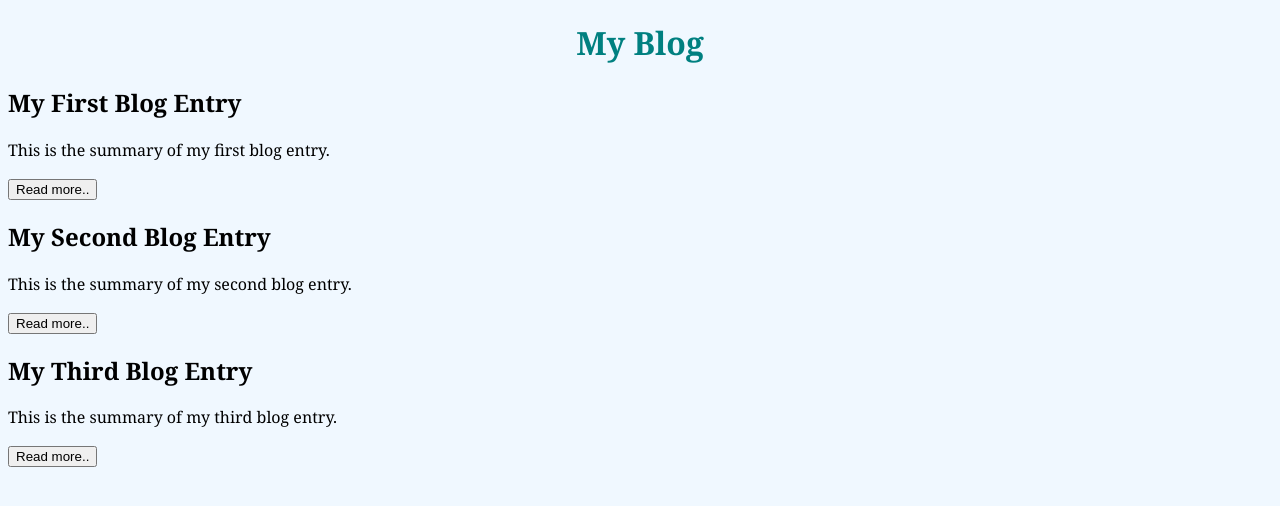
Repository: deniseada/class1
Page: /
An editor plug-in stored every save of this project. The page is shown before and after a run of saves, followed by the edit.
The browser window is 1280 px wide. The pictures show the whole page.
The project was rebuilt for these pictures with package versions that can differ from the ones it lists, and the page was loaded fresh each time. Also part of the build but not shown: vite.config.js.

Above is the page before, as saved 2025-09-10 13:59:04.

### index.html
<!DOCTYPE html>
<html lang="en">
  <head>
    <meta charset="UTF-8" />
    <!-- <link rel="icon" type="image/svg+xml" href="/vite.svg" />
-->
    <link rel="icon" type="image/png" href="/favicon.ico" />
    <meta name="viewport" content="width=device-width, initial-scale=1.0" />
    <title>class1-React</title>
  </head>
  <body>
    <div id="root"></div>
    <script type="module" src="/src/main.jsx"></script>
  </body>
</html>

### src/index.css
html {
  font-family: Georgia, "Times New Roman", Times, serif;
  background-color: #f0f8ff;
}
h1 {
  color: teal;
  text-align: center;
}

### src/App.jsx
import BlogEntry from "./BlogEntry";

function App() {
  return (
    <div>
      <h1>My Blog</h1>
      <BlogEntry
        title="My First Blog Entry"
        summary="This is the summary of my first blog entry."
      />
      <BlogEntry
        title="My Second Blog Entry"
        summary="This is the summary of my second blog entry."
      />
      <BlogEntry
        title="My Third Blog Entry"
        summary="This is the summary of my third blog entry."
      />
    </div>
  );
}

export default App;

### src/BlogEntry.jsx
function BlogEntry(props) {
  const buttonLabel = "Read more..";
  return (
    <div>
      <h2>{props.title}</h2>
      <p>{props.summary}</p>
      <button>{buttonLabel}</button>
    </div>
  );
}

export default BlogEntry;

Loaded but not shown: src/main.jsx (common file)

After the next 5 saves:
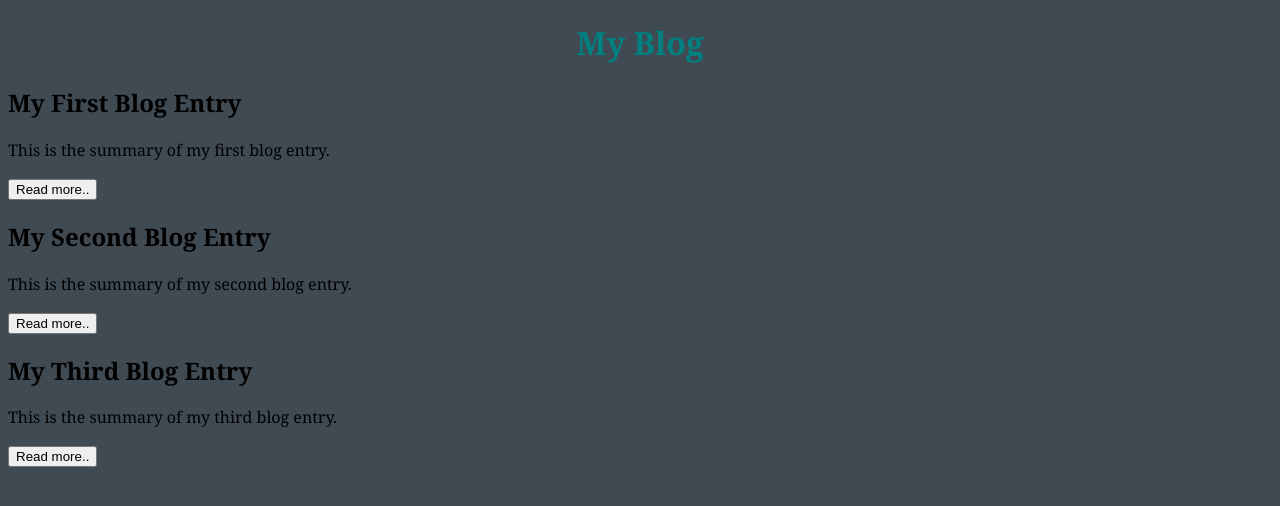
The 5 saves are shown as one change because they came seconds apart.
The last was saved 10 s later.
--- a/src/index.css
+++ b/src/index.css
@@ -1,6 +1,6 @@
 html {
   font-family: Georgia, "Times New Roman", Times, serif;
-  background-color: #f0f8ff;
+  background-color: #3f4a53;
 }
 h1 {
   color: teal;
